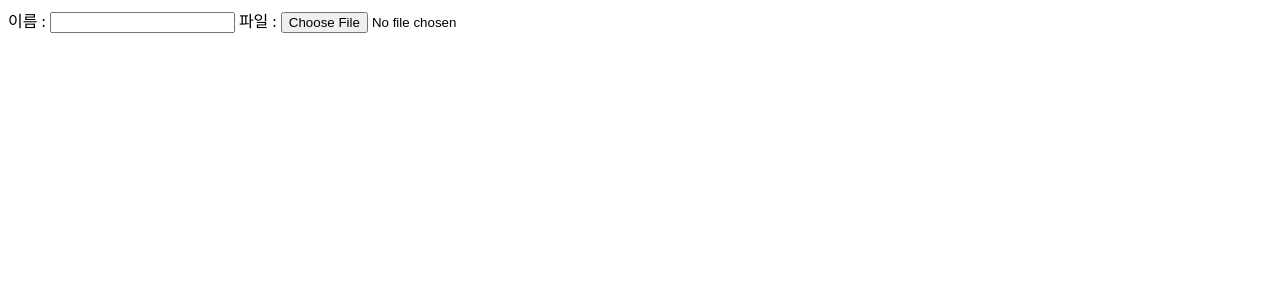
Repository: seungsu12/carrot
Page: http://localhost/carrot/upload.jsp
An editor plug-in stored every save of this project. The page is shown before and after the next save, followed by the edit.
The browser window is 1280 px wide. The pictures show the whole page.
The page is served by Tomcat 9.

Above is the page before, as saved 2021-07-25 16:23:52.

After the next save:
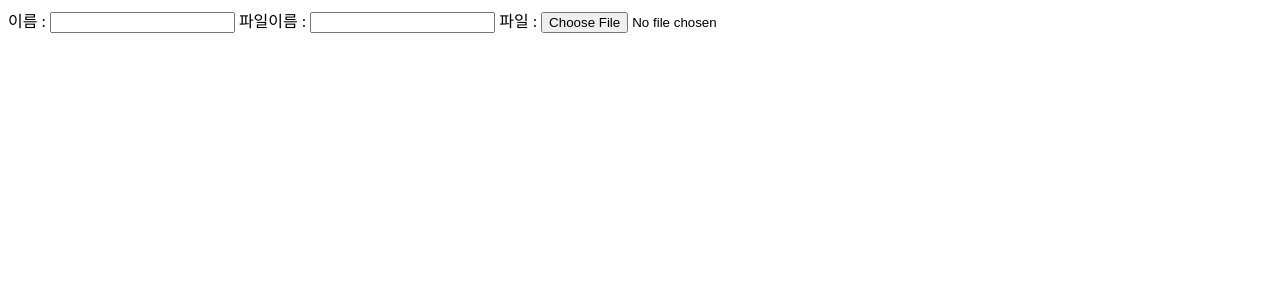
Saved 12 h 35 min later.
--- a/carrot/WebContent/upload.jsp
+++ b/carrot/WebContent/upload.jsp
@@ -8,8 +8,9 @@
 </head>
 <body>
 
-<form action="uplading.jsp" enctype="multipart/form-data">
+<form action="uplading.jsp" method="post" enctype="multipart/form-data">
 이름 : <input type="text" name="name">
+파일이름 : <input type="text" name="filename">
 파일 : <input type="file" name="file">
 
 </form>
